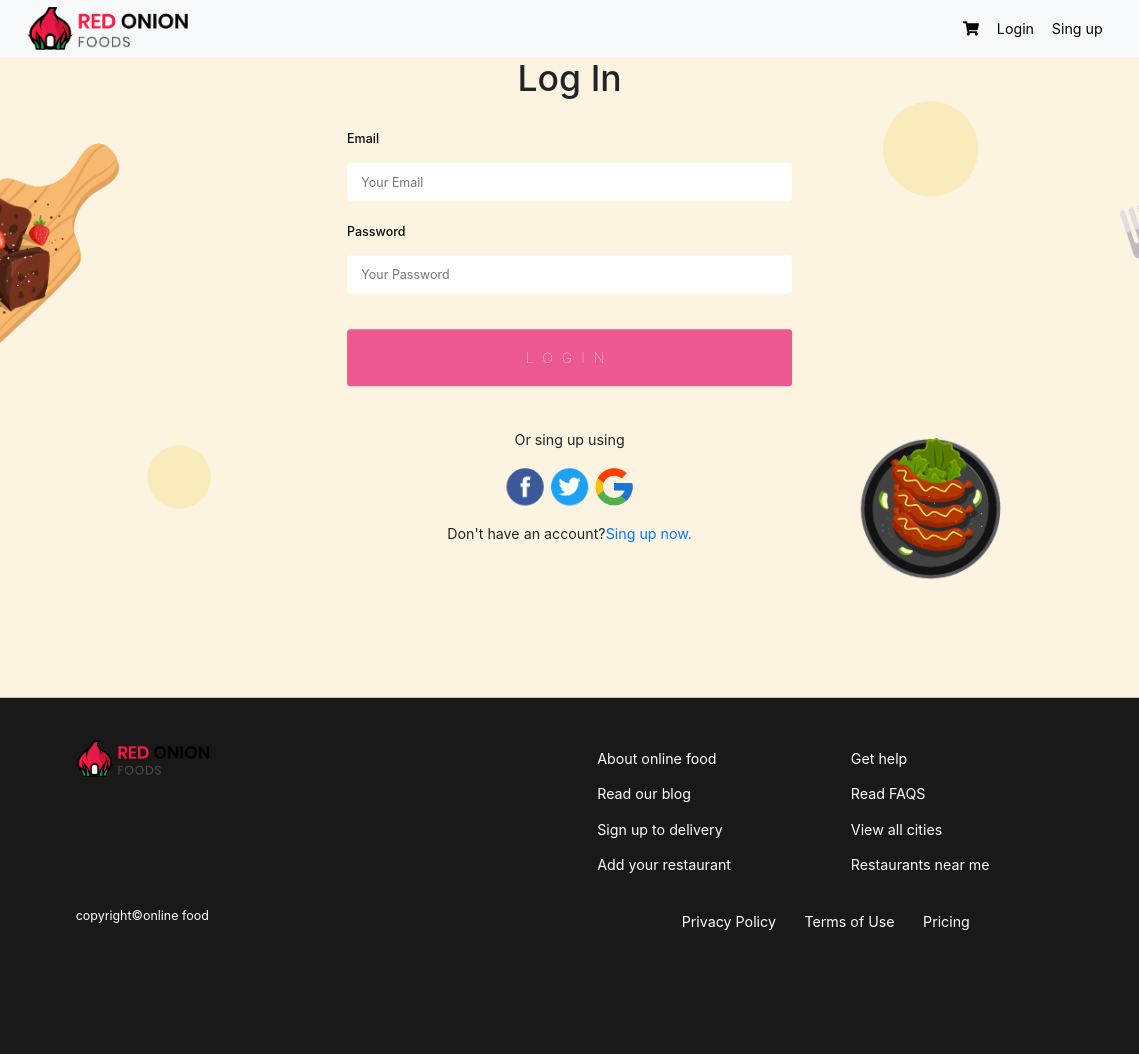
Repository: arif286/red-onion-client
Page: /login
An editor plug-in stored every save of this project. The page is shown before and after a run of saves, followed by the edit.
The browser window is 1280 px wide. The pictures show the whole page, at 89% of full size.
The project was rebuilt for these pictures with package versions that can differ from the ones it lists, and the page was loaded fresh each time. Some packages were replaced by stand-ins written for this rebuild. Also part of the build but not shown: src/App.css, src/components/Cart/Cart.js, src/components/SearchBar/SearchBar.css, src/components/SearchBar/SearchBar.js, src/components/FoodDetails/FoodDetail.css, src/components/FoodDetails/FoodDetail.js, src/components/DeliveryFood/DeliveryFood.js, src/components/Food/Food.css and 5 more.

Above is the page before, as saved 2021-03-26 01:05:18.

After the next 3 saves:
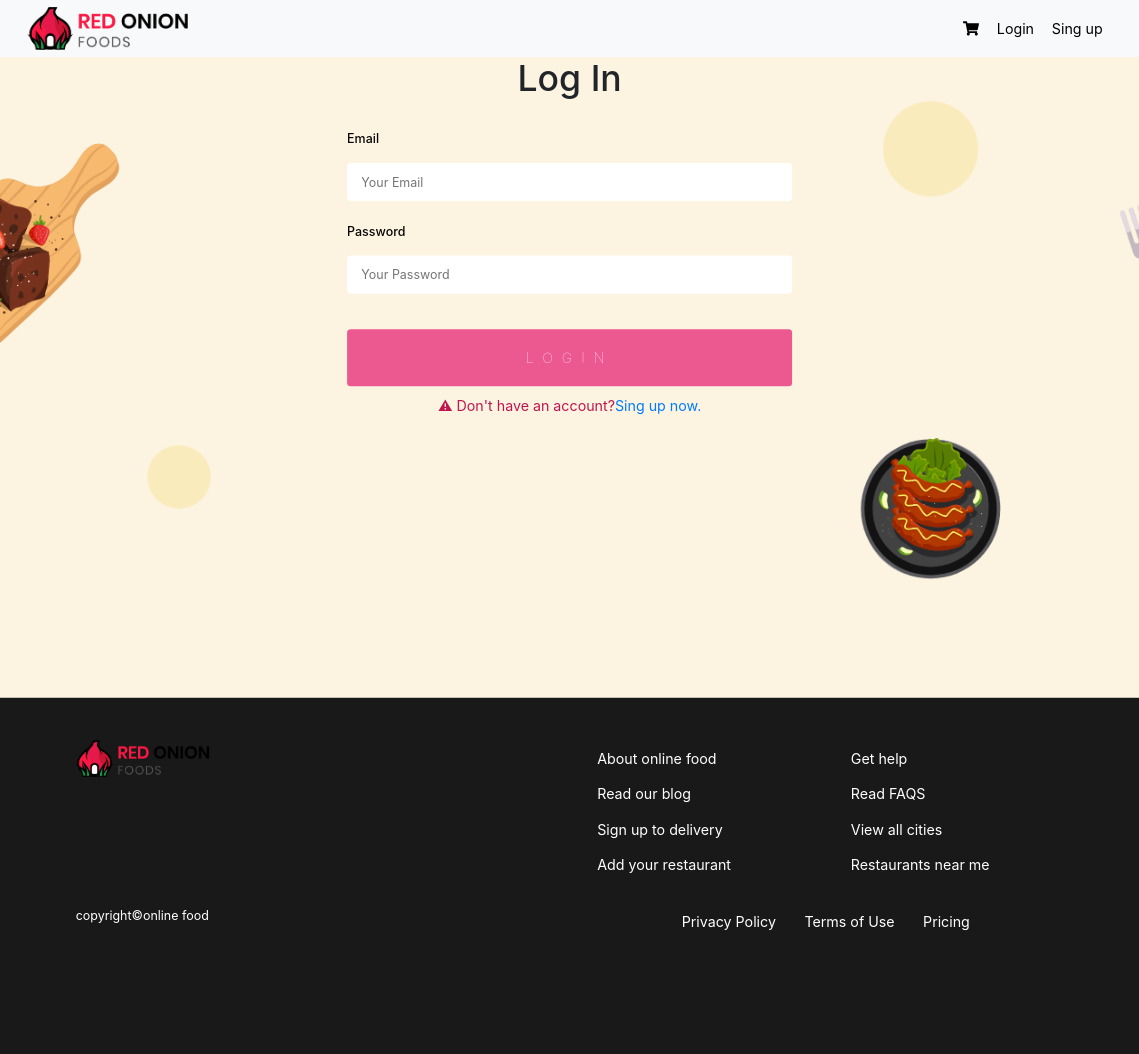
The 3 saves are shown as one change because 2 did not build or start.
The last was saved 101 s later.
--- a/src/components/LogIn/Login.js
+++ b/src/components/LogIn/Login.js
@@ -1,13 +1,10 @@
 import React, { useContext } from "react";
 import { useForm } from "react-hook-form";
-import { Link, useHistory, useLocation } from "react-router-dom";
+import { Link } from "react-router-dom";
 import { UserContext } from "../../App";
 import image from "../../onion-restaurent/bannerbackground.png";
-import facebook from "../../onion-restaurent/ICON/Facebook.png";
-import google from "../../onion-restaurent/ICON/Google.png";
-import twitter from "../../onion-restaurent/ICON/Twitter.png";
-import "./Login.css";
-import { handleFacebookSignIn, handleGoogleSingIn, initializeLoginFramework, logInWithEmailPassword } from "./LoginManager";
+import { initializeLoginFramework, logInWithEmailPassword } from "./LoginManager";
+
 
 const bgImage = {
   backgroundImage: `url(${image})`,
@@ -26,12 +23,12 @@ const Login = () => {
   //   photo: '',
   //   phone: ''
   // });
-  const history = useHistory();
-  const location = useLocation();
-  const { from } = location.state || { from: { pathname: "/" } };
+
 
   const { register, handleSubmit, errors } = useForm();
   const onSubmit = (data) => {
+      initializeLoginFramework();
+
       console.log(data);
       logInWithEmailPassword(data.email, data.password)
         .then(res => {
@@ -42,24 +39,6 @@ const Login = () => {
         })
   };
 
-  initializeLoginFramework();
-  const handleGoogleLogin = () => {
-    handleGoogleSingIn().then((res) => {
-      console.log(res);
-      setLoggedInUser(res);
-      history.replace(from);
-    });
-    console.log("click me");
-  };
-  const handleFacebookLogin = () => {
-    handleFacebookSignIn()
-      .then(res => {
-      setLoggedInUser(res)
-      }).catch(error => {
-      setLoggedInUser(error)
-    })
-  };
-  const handleTwitterLogin = () => {};
   return (
     <div style={bgImage}>
       <h1 className="form-header">Log In</h1>
@@ -98,26 +77,12 @@ const Login = () => {
         {setLoggedInUser.success && (
           <p className="text-center">{setLoggedInUser.error}</p>
         )}
-      </form>
-
-      <div className="mt-5">
-        <p className="text-center">Or sing up using</p>
-        <div className="d-flex justify-content-center">
-          <p className="icon">
-            <img onClick={handleFacebookLogin} src={facebook} alt="" />
-          </p>
-          <p className="icon">
-            <img onClick={handleTwitterLogin} src={twitter} alt="" />
-          </p>
-          <p className="icon">
-            <img onClick={handleGoogleLogin} src={google} alt="" />
-          </p>
-        </div>
         <p className="text-center">
           Don't have an account?
           <Link to="/singUp">Sing up now.</Link>
         </p>
-      </div>
+      </form>
+
     </div>
   );
 };
